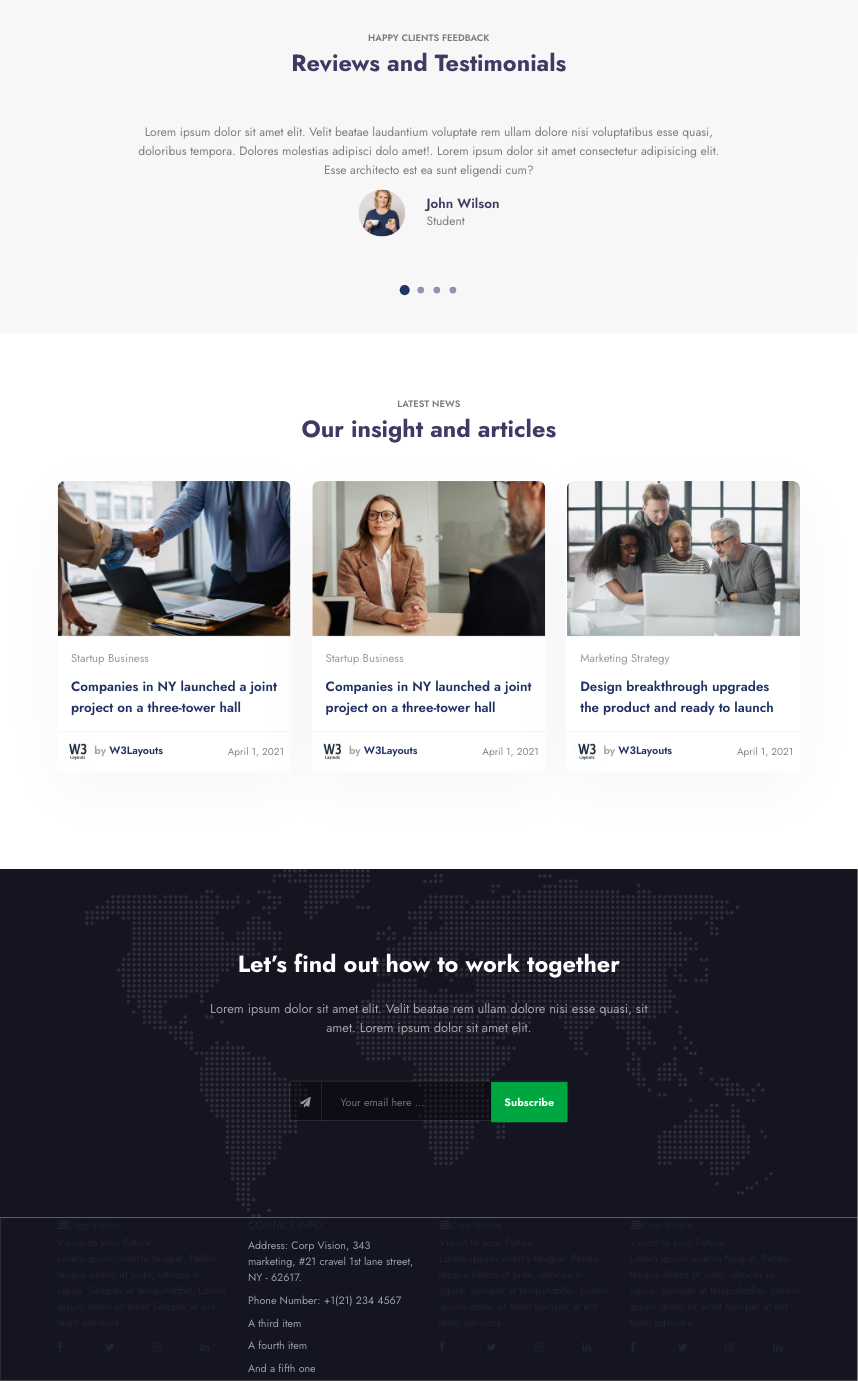
Repository: khaipnp/corpvision
Page: index.html
An editor plug-in stored every save of this project. The page is shown before and after the next save, followed by the edit.
The browser window is 1280 px wide. The pictures show the whole page, at 67% of full size.

Above is the page before, as saved 2021-07-04 12:50:02.

### index.html
<!DOCTYPE html>
<html lang="en">
  <head>
    <meta charset="UTF-8" />
    <meta http-equiv="X-UA-Compatible" content="IE=edge" />
    <meta name="viewport" content="width=device-width, initial-scale=1.0" />
    <title>Corpvision</title>
    <meta name="description" content="Corpvision Website" />
    <!-- FONT-GOOGLE -->
    <link rel="preconnect" href="https://fonts.gstatic.com" />
    <link
      href="https://fonts.googleapis.com/css2?family=Jost:ital,wght@0,100;0,200;0,300;0,400;0,500;0,600;0,700;0,800;0,900;1,400&display=swap"
      rel="stylesheet"
    />
    <!-- FONT-AWSOME -->
    <link
      rel="stylesheet"
      href="https://cdnjs.cloudflare.com/ajax/libs/font-awesome/5.15.3/css/all.min.css"
      integrity="sha512-iBBXm8fW90+nuLcSKlbmrPcLa0OT92xO1BIsZ+ywDWZCvqsWgccV3gFoRBv0z+8dLJgyAHIhR35VZc2oM/gI1w=="
      crossorigin="anonymous"
      referrerpolicy="no-referrer"
    />
    <link rel="stylesheet" href="./css/font-awesome.min.css" />
    <!-- OWL CAROUSEL -->
    <link
      rel="stylesheet"
      href="https://cdnjs.cloudflare.com/ajax/libs/OwlCarousel2/2.3.4/assets/owl.carousel.min.css"
      integrity="sha512-tS3S5qG0BlhnQROyJXvNjeEM4UpMXHrQfTGmbQ1gKmelCxlSEBUaxhRBj/EFTzpbP4RVSrpEikbmdJobCvhE3g=="
      crossorigin="anonymous"
      referrerpolicy="no-referrer"
    />
    <link
      rel="stylesheet"
      href="https://cdnjs.cloudflare.com/ajax/libs/OwlCarousel2/2.3.4/assets/owl.theme.default.css"
      integrity="sha512-OTcub78R3msOCtY3Tc6FzeDJ8N9qvQn1Ph49ou13xgA9VsH9+LRxoFU6EqLhW4+PKRfU+/HReXmSZXHEkpYoOA=="
      crossorigin="anonymous"
      referrerpolicy="no-referrer"
    />
    <!-- BOOTSTRAP -->
    <link
      rel="stylesheet"
      href="https://cdn.jsdelivr.net/npm/bootstrap@4.6.0/dist/css/bootstrap.min.css"
      integrity="sha384-B0vP5xmATw1+K9KRQjQERJvTumQW0nPEzvF6L/Z6nronJ3oUOFUFpCjEUQouq2+l"
      crossorigin="anonymous"
    />
    <!-- MAIN CSS -->
    <link rel="stylesheet" href="./css/main.css" />
  </head>
  <body>
    <header></header>
    <section class="feedback">
      <div class="feedback__content py-5">
        <div class="container">
          <h5 class="small-title col-12 text-center">Happy clients Feedback</h5>
          <h3 class="big-title col-12 text-center">Reviews and Testimonials</h3>
          <div class="testimonials owl-carousel owl-theme">
            <div class="testimonials__item">
              <p class="text-center col-12">
                Lorem ipsum dolor sit amet elit. Velit beatae laudantium
                voluptate rem ullam dolore nisi voluptatibus esse quasi,
                doloribus tempora. Dolores molestias adipisci dolo amet!. Lorem
                ipsum dolor sit amet consectetur adipisicing elit. Esse
                architecto est ea sunt eligendi cum?
              </p>
              <div
                class="
                  testimonials__desc
                  row
                  align-items-center
                  justify-content-center
                "
              >
                <div class="avatar mr-3">
                  <img src="./img/team1.jpg" alt="team 1" />
                </div>
                <div class="name ml-3">
                  <h3>John Wilson</h3>
                  <p>Student</p>
                </div>
              </div>
            </div>
            <div class="testimonials__item">
              <p class="text-center col-12">
                Lorem ipsum dolor sit amet elit. Velit beatae laudantium
                voluptate rem ullam dolore nisi voluptatibus esse quasi,
                doloribus tempora. Dolores molestias adipisci dolo amet!. Lorem
                ipsum dolor sit amet consectetur adipisicing elit. Esse
                architecto est ea sunt eligendi cum?
              </p>
              <div
                class="
                  testimonials__desc
                  row
                  align-items-center
                  justify-content-center
                "
              >
                <div class="avatar mr-3">
                  <img src="./img/team2.jpg" alt="team 2" />
                </div>
                <div class="name ml-3">
                  <h3>Julia Sakura</h3>
                  <p>Student</p>
                </div>
              </div>
            </div>
            <div class="testimonials__item">
              <p class="text-center col-12">
                Lorem ipsum dolor sit amet elit. Velit beatae laudantium
                voluptate rem ullam dolore nisi voluptatibus esse quasi,
                doloribus tempora. Dolores molestias adipisci dolo amet!. Lorem
                ipsum dolor sit amet consectetur adipisicing elit. Esse
                architecto est ea sunt eligendi cum?
              </p>
              <div
                class="
                  testimonials__desc
                  row
                  align-items-center
                  justify-content-center
                "
              >
                <div class="avatar mr-3">
                  <img src="./img/team3.jpg" alt="team 3" />
                </div>
                <div class="name ml-3">
                  <h3>Roy Linderson</h3>
                  <p>Student</p>
                </div>
              </div>
            </div>
            <div class="testimonials__item">
              <p class="text-center col-12">
                Lorem ipsum dolor sit amet elit. Velit beatae laudantium
                voluptate rem ullam dolore nisi voluptatibus esse quasi,
                doloribus tempora. Dolores molestias adipisci dolo amet!. Lorem
                ipsum dolor sit amet consectetur adipisicing elit. Esse
                architecto est ea sunt eligendi cum?
              </p>
              <div
                class="
                  testimonials__desc
                  row
                  align-items-center
                  justify-content-center
                "
              >
                <div class="avatar mr-3">
                  <img src="./img/team4.jpg" alt="team 4" />
                </div>
                <div class="name ml-3">
                  <h3>Smith Johnson</h3>
                  <p>Student</p>
                </div>
              </div>
            </div>
          </div>
        </div>
      </div>
    </section>
    <section class="news py-5">
      <div class="news__content py-5">
        <div class="container">
          <h5 class="small-title col-12 text-center">LATEST NEWS</h5>
          <h3 class="big-title col-12 text-center">Our insight and articles</h3>
          <div class="row py-5">
            <div class="news__item col-md-6 col-lg-4">
              <div class="news__card">
                <div class="card__thumbnail p-0 position-relative">
                  <img src="./img/blog1.jpg" alt="blog 1" />
                </div>
                <div class="card__content">
                  <p>Startup Business</p>
                  <a href="#">Companies in NY launched a joint project on a three-tower
                    hall</a>
                </div>
                <div class="card__footer">
                  <span><img src="./img/icon.jpeg" alt="" /> by <a href="#">W3Layouts</a></span>
                  <p>April 1, 2021</p>
                </div>
              </div>
            </div>
            <div class="news__item col-md-6 col-lg-4">
              <div class="news__card">
                <div class="card__thumbnail p-0 position-relative">
                  <img src="./img/blog2.jpg" alt="blog 1" />
                </div>
                <div class="card__content">
                  <p>Startup Business</p>
                  <a href="#">Companies in NY launched a joint project on a three-tower
                    hall</a>
                </div>
                <div class="card__footer">
                  <span><img src="./img/icon.jpeg" alt="" /> by <a href="#">W3Layouts</a></span>
                  <p>April 1, 2021</p>
                </div>
              </div>
            </div>
            <div class="news__item col-md-6 col-lg-4">
              <div class="news__card">
                <div class="card__thumbnail p-0 position-relative">
                  <img src="./img/blog3.jpg" alt="blog 1" />
                </div>
                <div class="card__content">
                  <p>Marketing Strategy</p>
                  <a href="#">Design breakthrough upgrades the product and ready to launch</a>
                </div>
                <div class="card__footer">
                  <span><img src="./img/icon.jpeg" alt="" /> by <a href="#">W3Layouts</a></span>
                  <p>April 1, 2021</p>
                </div>
              </div>
            </div>
          </div>
        </div>
      </div>
    </section>
    <div class="subscribe py-5">
      <div class="container">
        <div class="sub__box my-5 mx-auto align-items-center justify-content-center">
          <h3 class="big-title py-4 col-12 text-center">Let’s find out how to work together<h3>
          <p class="col-12 text-center">Lorem ipsum dolor sit amet elit. Velit beatae rem ullam dolore nisi esse quasi, sit amet. Lorem ipsum dolor sit amet elit.</p>
          <div class="input__email justify-content-center py-5">
            <form>
              <i class="fa fa-paper-plane"></i>
              <input type="email" placeholder="Your email here ...">
              <button>Subscribe</button>
            </form>
          </div>
        </div>
      </div>
    </div>
    <footer>
      <div class="footer__info container">
        <div class="row">
          <div class="footer__content col-3">
            <i class="fa fa-align-right">Corp Vision</i>
            <div class="slogan">Vision to your Future</div>
            <p>Lorem ipsum viverra feugiat. Pellen tesque libero ut justo, ultrices in ligula. Semper at tempufddfel. Lorem ipsum dolor sit amet Semper at elit team advisors.</p>
            <div class="social__network row justify-content-start">
              <i class="fa fa-facebook col-3"></i>
              <i class="fa fa-twitter col-3"></i>
              <i class="fa fa-instagram col-3"></i>
              <i class="fa fa-linkedin col-3"></i>
            </div>
          </div>
          <div class="footer__content col-3">
            CONTACT INFO
            <ul class="list-group list-group-flush">
              <li class="list-group-item">Address: Corp Vision, 343 marketing, #21 cravel 1st lane street, NY - 62617.</li>
              <li class="list-group-item">Phone Number: +1(21) 234 4567</li>
              <li class="list-group-item">A third item</li>
              <li class="list-group-item">A fourth item</li>
              <li class="list-group-item">And a fifth one</li>
            </ul>
          </div>
          <div class="footer__content col-3">
            <i class="fa fa-align-right">Corp Vision</i>
            <div class="slogan">Vision to your Future</div>
            <p>Lorem ipsum viverra feugiat. Pellen tesque libero ut justo, ultrices in ligula. Semper at tempufddfel. Lorem ipsum dolor sit amet Semper at elit team advisors.</p>
            <div class="social__network row justify-content-start">
              <i class="fa fa-facebook col-3"></i>
              <i class="fa fa-twitter col-3"></i>
              <i class="fa fa-instagram col-3"></i>
              <i class="fa fa-linkedin col-3"></i>
            </div>
          </div>
          <div class="footer__content col-3">
            <i class="fa fa-align-right">Corp Vision</i>
            <div class="slogan">Vision to your Future</div>
            <p>Lorem ipsum viverra feugiat. Pellen tesque libero ut justo, ultrices in ligula. Semper at tempufddfel. Lorem ipsum dolor sit amet Semper at elit team advisors.</p>
            <div class="social__network row justify-content-start">
              <i class="fa fa-facebook col-3"></i>
              <i class="fa fa-twitter col-3"></i>
              <i class="fa fa-instagram col-3"></i>
              <i class="fa fa-linkedin col-3"></i>
            </div>
          </div>
        </div>
      </div>
    </footer>
    <!-- SCRIPT -->
    <!-- BOOTSTRAP -->
    <script
      src="https://cdnjs.cloudflare.com/ajax/libs/jquery/3.6.0/jquery.js"
      integrity="sha512-n/4gHW3atM3QqRcbCn6ewmpxcLAHGaDjpEBu4xZd47N0W2oQ+6q7oc3PXstrJYXcbNU1OHdQ1T7pAP+gi5Yu8g=="
      crossorigin="anonymous"
      referrerpolicy="no-referrer"
    ></script>
    <script
      src="https://cdn.jsdelivr.net/npm/bootstrap@4.6.0/dist/js/bootstrap.bundle.min.js"
      integrity="sha384-Piv4xVNRyMGpqkS2by6br4gNJ7DXjqk09RmUpJ8jgGtD7zP9yug3goQfGII0yAns"
      crossorigin="anonymous"
    ></script>
    <!-- OWL CAROUSEL -->
    <script src="./js/owl.carousel.min.js"></script>
    <script>
      $(document).ready(function () {
        $(".owl-carousel").owlCarousel({
          navigation: false,
          slideSpeed: 300,
          paginationSpeed: 400,
          singleItem: true,
          items: 1,
          // itemsDesktop : false,
          // itemsDesktopSmall : false,
          // itemsTablet: false,
          // itemsMobile : false
        });
      });
    </script>
  </body>
</html>

### css/main.css
* {
  padding: 0;
  margin: 0;
  box-sizing: border-box;
}

html,
body {
  font-family: "Jost", sans-serif;
  background: #fff;
}

.small-title {
  color: #7e7d7d;
  font-size: 14px;
  font-weight: 600;
  text-transform: uppercase;
}

.big-title {
  color: #3f3a64;
  font-size: 35px;
  font-weight: 700;
}

/* FEEDBACK */
.feedback {
  background-color: #f7f7f7;
}

.testimonials__item {
  margin: 60px auto;
  display: block;
  max-width: 900px;
  height: auto;
}

.testimonials__item p {
  color: #7e7d7d;
  font-size: 18px;
  line-height: 28px;
}

.testimonials__desc .avatar {
  width: 70px;
  height: 70px;
  overflow: hidden;
  border-radius: 50%;
}

.testimonials__desc .avatar img {
  width: 100%;
  height: 100%;
  object-fit: cover;
}

.name h3 {
  font-size: 20px;
  margin: 0;
  font-weight: 600;
  color: #3f3a64;
}
.name p {
  font-style: normal;
  margin-bottom: 0;
}

.owl-theme .owl-dots .owl-dot.active span,
.owl-theme .owl-dots .owl-dot span {
  background: rgba(33, 51, 100, 0.5);
  transform: scale(1);
  transition: all 0.5s;
}

.owl-theme .owl-dots .owl-dot.active span,
.owl-theme .owl-dots .owl-dot:hover span {
  background: #213364 !important;
  transform: scale(1.5);
}

/* NEWS */
.news__card {
  background-color: #fff;
  box-shadow: 0 25px 98px 0 rgb(0 0 0 / 4%);
  border: 1px solid transparent;
  border-radius: 10px;
}

.card__thumbnail {
  overflow: hidden;
  border-radius: 10px 10px 0 0;
}

.card__thumbnail img {
  width: 100%;
  border-radius: 10px 10px 0 0;
  object-fit: cover;
  cursor: pointer;
  transition: all 0.5s;
}

.card__thumbnail img:hover {
  transform: scale(1.15);
}

.card__content {
  padding: 20px;
}

.card__content p {
  color: #999;
  font-size: 17px;
  font-weight: 400;
}

.card__content a {
  text-decoration: none;
  color: #213364;
  font-size: 20px;
  font-weight: 600;
  transition: all 0.5s;
  cursor: pointer;
}

.card__content a:hover {
  color: #00a63f;
}

.card__footer {
  display: flex;
  justify-content: space-between;
  align-items: center;
  border-top: 1px solid rgba(126, 125, 125, 0.1);
  padding: 10px;
}

.card__footer a {
  color: #213364;
  font-size: 1rem;
  font-weight: 600;
  cursor: pointer;
  transition: all 0.5s;
  text-decoration: none;
}

.card__footer a:hover {
  color: #00a63f;
}

.card__footer img {
  cursor: pointer;
}

.card__footer span {
  color: rgb(102, 102, 102, 0.6);
  font-weight: 600;
}

.card__footer p {
  margin-bottom: 0;
  font-size: 15px;
  color: rgb(102, 102, 102, 0.8);
}

/* SUBCRIBE */
.subscribe {
  background-image: url(../img/map.png);
  background-color: #151421;
  background-size: contain;
  background-repeat: no-repeat;
  background-position: center;
}

.sub__box {
  max-width: 700px;
}

.sub__box .big-title {
  color: #fff;
}

.sub__box p {
  font-size: 1.2rem;
  color: rgba(255, 255, 255, 0.6);
  line-height: 1.5;
  font-weight: 400;
}

.input__email {
  display: flex;
}

.input__email form {
  border: 1px solid rgb(255, 255, 255, 0.15);
  border-radius: 5px;
  height: 60px;
  background: rgb(0, 0, 0, 0.35);
  max-width: 550px;
}

.input__email input {
  color: #999;
  padding: 20px 20px;
  border: none;
  font-size: 1rem;
  outline: none;
  background: none;
}

.input__email button {
  background-color: #00a63f;
  color: #fff;
  height: 60px;
  padding: 0 20px;
  border: none;
  font-size: 1rem;
  font-weight: 700;
  line-height: 60px;
  text-align: center;
}

.input__email i {
  text-align: center;
  color: #999;
  font-size: 1rem;
  border-right: 1px solid rgb(255, 255, 255, 0.15);
  line-height: 60px;
  padding: 0 15px;
}

/* FOOTER */

footer {
  background-color: #151421;
  border: 1px solid rgb(255, 255, 255, 0.15);
}

.footer__content .list-group-item {
  background-color: transparent !important;
  padding: 5px 0 !important;
  color: #97a1a9;
  border: none !important;
}

Loaded but not shown: css/font-awesome.min.css (library); js/owl.carousel.min.js (library)

After the next save:
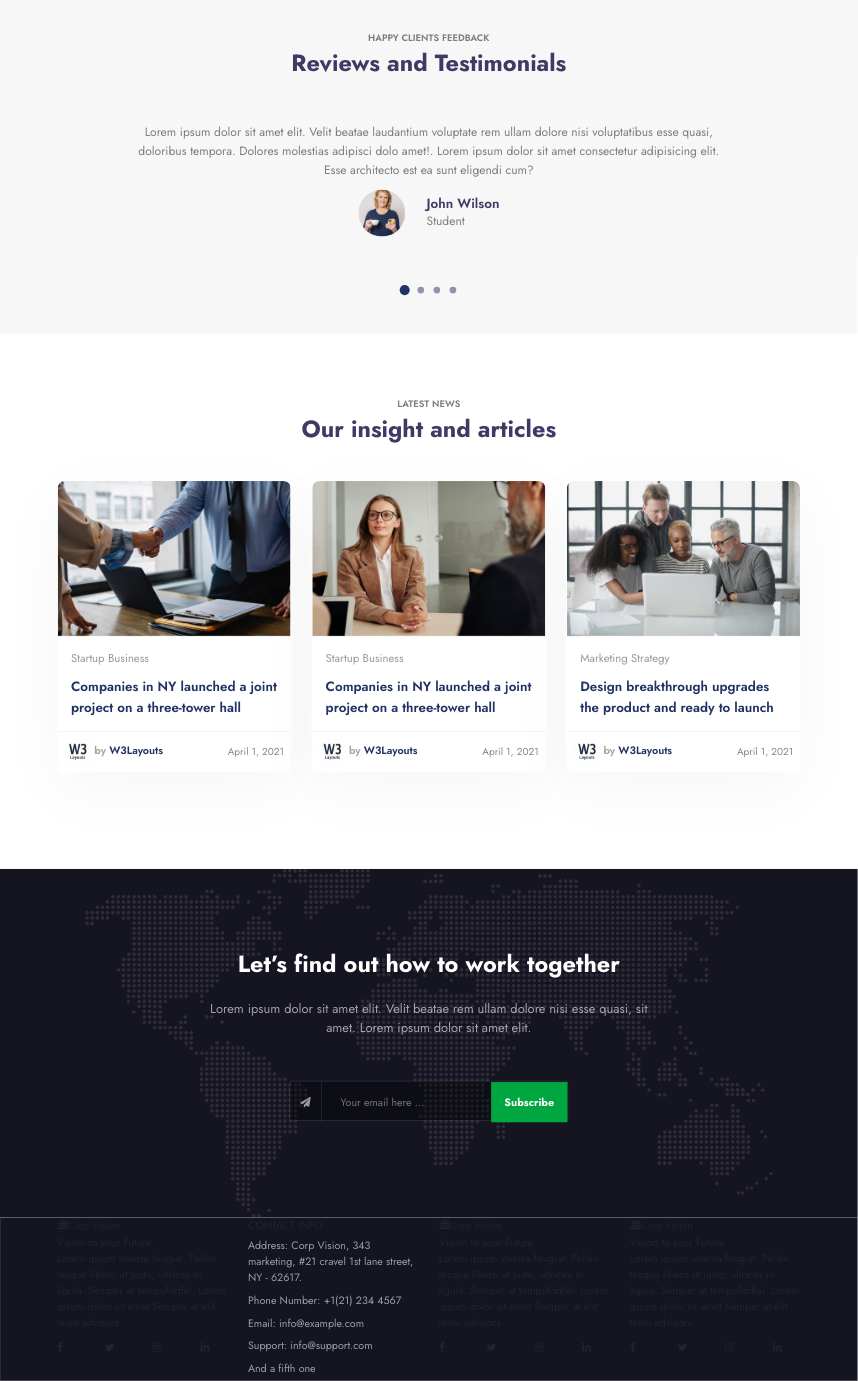
Saved 29 s later.
--- a/index.html
+++ b/index.html
@@ -249,8 +249,8 @@
             <ul class="list-group list-group-flush">
               <li class="list-group-item">Address: Corp Vision, 343 marketing, #21 cravel 1st lane street, NY - 62617.</li>
               <li class="list-group-item">Phone Number: +1(21) 234 4567</li>
-              <li class="list-group-item">A third item</li>
-              <li class="list-group-item">A fourth item</li>
+              <li class="list-group-item">Email: info@example.com</li>
+              <li class="list-group-item">Support: info@support.com</li>
               <li class="list-group-item">And a fifth one</li>
             </ul>
           </div>
